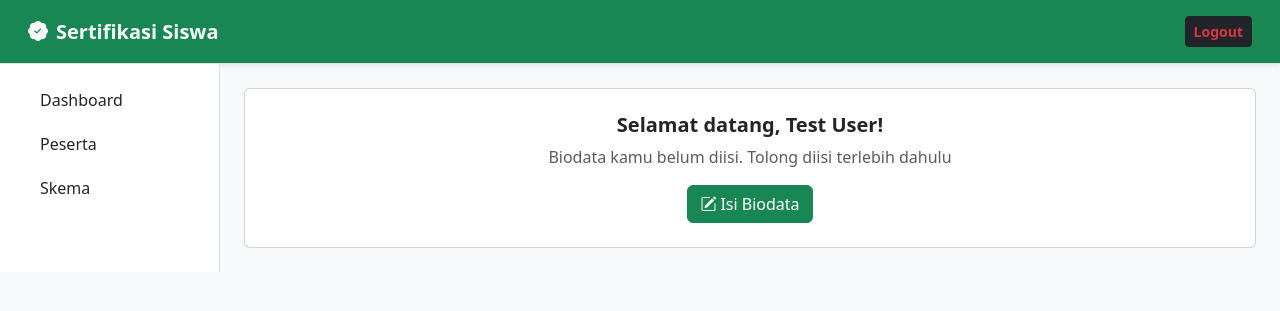
Repository: Zaki-Blip/USK_Project
Page: resources/views/user/dashboard.blade.php
These files come from the project's save history. The page is drawn as it stood at one moment and after the next save; the edit follows.
The browser window is 1280 px wide. The pictures show the whole page.
The page is served by the project's Laravel application, run on PHP 8.4 with Laravel 12. A made-up administrator, Test User (test@example.com), is signed in. Other server files are loaded and not shown. The template is opened directly, without the code that normally fills it, so the values that code supplies are empty.

Above is the page before, as saved 2026-10-14 04:14:13.

### routes/web.php
<?php

use Illuminate\Support\Facades\Route;
use App\Http\Controllers\AuthController;
use App\Http\Controllers\DashboardController;
use App\Http\Controllers\PesertaController;
use App\Http\Controllers\SkemaController;

// Halaman Awal (publik)
Route::view('/', 'halamanAwal')->name('halamanAwal');

// Area Guest (belum login)
Route::middleware('guest')->group(function () {
    Route::get('/login', [AuthController::class, 'showLogin'])->name('login');
    Route::post('/login', [AuthController::class, 'login']);

    Route::get('/register', [AuthController::class, 'showRegister'])->name('register');
    Route::post('/register', [AuthController::class, 'register']);
});

// Area Terproteksi (sudah login)
Route::middleware('auth')->group(function () {
    Route::post('/logout', [AuthController::class, 'logout'])->name('logout');
    Route::get('/dashboard', [DashboardController::class, 'index'])->name('dashboard');

    // Khusus admin
    Route::middleware('role:admin')->group(function () {
        Route::resource('peserta', PesertaController::class)
            ->parameters(['peserta' => 'peserta'])
            ->only(['destroy']);

        Route::resource('skema', SkemaController::class);
    });

    // Admin & user (pembatasan data dilakukan di controller)
    Route::resource('peserta', PesertaController::class)
        ->parameters(['peserta' => 'peserta'])
        ->only(['index', 'show', 'create', 'store', 'edit', 'update']);
});

### app/Models/User.php
<?php

namespace App\Models;

// use Illuminate\Contracts\Auth\MustVerifyEmail;
use App\Models\Peserta;
//use Database\Factories\UserFactory;
use Illuminate\Database\Eloquent\Attributes\Fillable;
use Illuminate\Database\Eloquent\Attributes\Hidden;
use Illuminate\Database\Eloquent\Factories\HasFactory;
use Illuminate\Foundation\Auth\User as Authenticatable;
use Illuminate\Notifications\Notifiable;

#[Fillable(['name', 'email', 'password','role'])]
#[Hidden(['password', 'remember_token'])]
class User extends Authenticatable
{
    /** @use HasFactory<UserFactory> */
    use HasFactory, Notifiable;

    /**
     * Get the attributes that should be cast.
     *
     * @return array<string, string>
     */
    protected function casts(): array
    {
        return [
            'email_verified_at' => 'datetime',
            'password' => 'hashed',
        ];
    }
    public function isAdmin(): bool
{
    return $this->role === 'admin';
}
    public function peserta()
{
    return $this->hasOne(Peserta::class);
}
}

### resources/views/user/dashboard.blade.php
@extends('layouts.app')

@section('title', 'Dashboard')

@section('content')
    @if(! $peserta)
        <div class="card p-4 text-center">
            <h5 class="fw-bold mb-2">Selamat datang, {{ auth()->user()->name }}!</h5>
            <p class="text-muted mb-3">Biodata kamu belum diisi. Tolong diisi terlebih dahulu</p>
            <div>
                <a href="{{ route('peserta.create') }}" class="btn btn-success">
                    <i class="bi bi-pencil-square me-1"></i>Isi Biodata
                </a>
            </div>
        </div>
    @elseif($peserta)
        <div class="card shadow-sm p-4">
            <table class="table table-borderless mb-0">
                <div class="d-flex justify-content-between align-items-center mb-3">
                    <h5 class="mb-0">Data Saya</h5>
                </div>
                <tr>
                    <th style="width: 200px;">NIK</th>
                    <td>{{ $peserta->nik }}</td>
                </tr>
                <tr>
                    <th>Nama</th>
                    <td>{{ $peserta->nama }}</td>
                </tr>
                <tr>
                    <th>Email</th>
                    <td>{{ $peserta->email }}</td>
                </tr>
                <tr>
                    <th>No. HP</th>
                    <td>{{ $peserta->no_hp }}</td>
                </tr>
                <tr>
                    <th>Alamat</th>
                    <td>{{ $peserta->alamat }}</td>
                </tr>
                <tr>
                    <th>Skema Sertifikasi</th>
                    <td>{{ $peserta->skema?->nama_skema ?? '-' }}</td>
                </tr>
                <tr>
                    <th>Tanggal Daftar</th>
                    <td>{{ $peserta->tanggal_daftar }}</td>
                </tr>
            </table>
        </div>

    @else
        <div class="alert alert-warning mb-0">
            Data peserta untuk akun ini tidak ditemukan. Silakan hubungi admin.
        </div>
    @endif
@endsection

### resources/views/layouts/app.blade.php
<!DOCTYPE html>
<html lang="id">
<head>
    <meta charset="UTF-8">
    <meta name="viewport" content="width=device-width, initial-scale=1">
    <title>@yield('title', 'Web Sertifikasi')</title>
    <link href="https://cdn.jsdelivr.net/npm/bootstrap@5.3.0/dist/css/bootstrap.min.css" rel="stylesheet">
    <link href="https://cdn.jsdelivr.net/npm/bootstrap-icons@1.11.0/font/bootstrap-icons.css" rel="stylesheet">
</head>
<body class="bg-light min-vh-100">

    {{-- Topbar --}}
    <div class="border-bottom bg-success p-3 shadow-sm">
        <div class="container-fluid d-flex justify-content-between align-items-center">
            <span class="fw-bold text-light fs-5">
                <i class="bi bi-patch-check-fill me-2"></i>Sertifikasi Siswa
            </span>
            <form method="POST" action="{{ route('logout') }}">
                @csrf
                <button class="btn btn-sm btn-dark fw-bold text-danger">Logout</button>
            </form>
        </div>
    </div>

    <div class="d-flex flex-column flex-md-row">

        {{-- Sidebar --}}
        <aside class="bg-white border-end p-3" style="min-width: 220px;">
            <nav class="nav nav-pills flex-column gap-1">

                <a href="{{ route('dashboard') }}"
                   class="nav-link {{ request()->routeIs('dashboard') ? 'active bg-success' : 'text-dark' }}">
                    <i class="bi me-2"></i>Dashboard
                </a>
                @if(auth()->user()->isAdmin())
                    <a href="{{ route('peserta.index') }}"
                    class="nav-link {{ request()->routeIs('peserta.*') ? 'active bg-success' : 'text-dark' }}">
                        <i class="bi me-2"></i>Peserta
                    </a>

                    <a href="{{ route('skema.index') }}"
                    class="nav-link {{ request()->routeIs('skema.*') ? 'active bg-success' : 'text-dark' }}">
                        <i class="bi me-2"></i>Skema
                    </a>
                @else
                    @if(auth()->user()->peserta)
                        <a href="{{ route('peserta.show', auth()->user()->peserta) }}"
                        class="nav-link {{ request()->routeIs('peserta.show') ? 'active bg-success' : 'text-dark' }}">
                            <i class="bi me-2"></i>Data Saya
                        </a>
                    @else
                        <a href="{{ route('peserta.create') }}"
                        class="nav-link {{ request()->routeIs('peserta.create') ? 'active bg-success' : 'text-dark' }}">
                            <i class="bi me-2"></i>Isi Biodata
                        </a>
                    @endif
                @endif

            </nav>
        </aside>

        {{-- Isi Content --}}
        <main class="flex-grow-1 p-4" style="min-width: 0;">
            <div class="w-100">
                @if(session('sukses'))
                    <div class="alert alert-success">{{ session('sukses') }}</div>
                @endif
                @if(session('error'))
                    <div class="alert alert-danger">{{ session('error') }}</div>
                @endif
               @if($errors->any())
                    <div class="alert alert-danger">
                        <ul class="mb-0 ps-3">
                            @foreach($errors->all() as $pesan)
                                <li>{{ $pesan }}</li>
                            @endforeach
                        </ul>
                    </div>
                @endif
                @yield('content')
            </div>
        </main>
    </div>

    <script src="https://cdn.jsdelivr.net/npm/bootstrap@5.3.0/dist/js/bootstrap.bundle.min.js"></script>
</body>
</html>

After the next save:
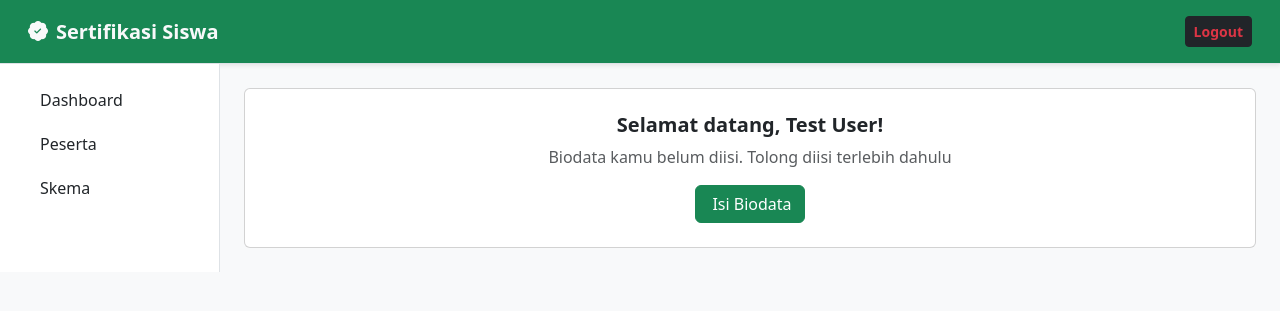
Saved 10 min 54 s later.
--- a/resources/views/user/dashboard.blade.php
+++ b/resources/views/user/dashboard.blade.php
@@ -9,7 +9,7 @@
             <p class="text-muted mb-3">Biodata kamu belum diisi. Tolong diisi terlebih dahulu</p>
             <div>
                 <a href="{{ route('peserta.create') }}" class="btn btn-success">
-                    <i class="bi bi-pencil-square me-1"></i>Isi Biodata
+                    <i class="bi me-1"></i>Isi Biodata
                 </a>
             </div>
         </div>
